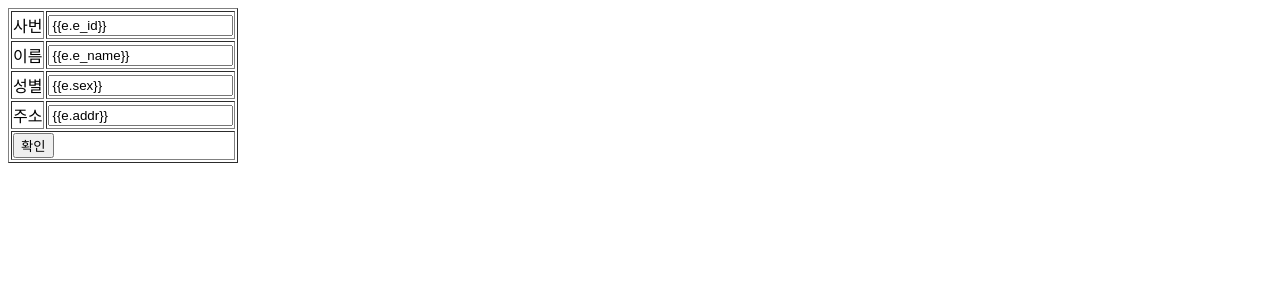
Repository: GeonyoungPark/pythonBasic
Page: HELLO_PYTHON/day10/templates/emp_add.html
The author's editor kept a copy of each file at every save. The page is drawn from the files as they stood at one save, then again after the next save.
The browser window is 1280 px wide. The pictures show the whole page.

Above is the page before, as saved 2022-07-06 11:23:02.

### HELLO_PYTHON/day10/templates/emp_add.html
<!DOCTYPE html>
<html>
<head>
<meta charset="UTF-8">
<title>Insert title here</title>
<script type="text/javascript">
function fn_done(){
	location.href = "emp_mod_act?e_id={{e.e_id}}&e_name={{e.e_name}}&sex={{e.sex}}&addr={{e.addr}}";
}
</script>
</head>
<body>
<form action="emp_mod_act" method="post">
<table border=1px>
<tr>
	<td>사번</td>
	<td><input type="text" value="{{e.e_id}}" name="e_id"> </td>
</tr>

<tr>
	<td>이름</td>
	<td><input type="text" value="{{e.e_name}}" name="e_name"> </td>
</tr>
<tr>
	<td>성별</td>
	<td><input type="text" value="{{e.sex}}" name="sex"> </td>
</tr>
<tr>
	<td>주소</td>
	<td><input type="text" value="{{e.addr}}" name="addr"> </td>
</tr>

<tr>
	<td colspan="2">

		<input type="submit" value="확인">

	</td>
</tr>

</table>
</form>

</body>
</html>

After the next save:
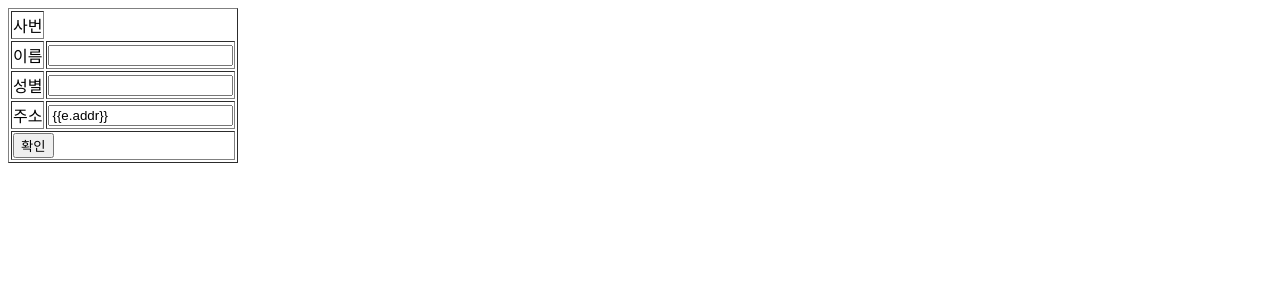
Saved 3 min 49 s later.
--- a/HELLO_PYTHON/day10/templates/emp_add.html
+++ b/HELLO_PYTHON/day10/templates/emp_add.html
@@ -5,7 +5,7 @@
 <title>Insert title here</title>
 <script type="text/javascript">
 function fn_done(){
-	location.href = "emp_mod_act?e_id={{e.e_id}}&e_name={{e.e_name}}&sex={{e.sex}}&addr={{e.addr}}";
+	location.href = "emp_cre_act?";
 }
 </script>
 </head>
@@ -14,16 +14,15 @@
 <table border=1px>
 <tr>
 	<td>사번</td>
-	<td><input type="text" value="{{e.e_id}}" name="e_id"> </td>
 </tr>
 
 <tr>
 	<td>이름</td>
-	<td><input type="text" value="{{e.e_name}}" name="e_name"> </td>
+	<td><input type="text" value="" name="e_name"> </td>
 </tr>
 <tr>
 	<td>성별</td>
-	<td><input type="text" value="{{e.sex}}" name="sex"> </td>
+	<td><input type="text" value="" name="sex"> </td>
 </tr>
 <tr>
 	<td>주소</td>
